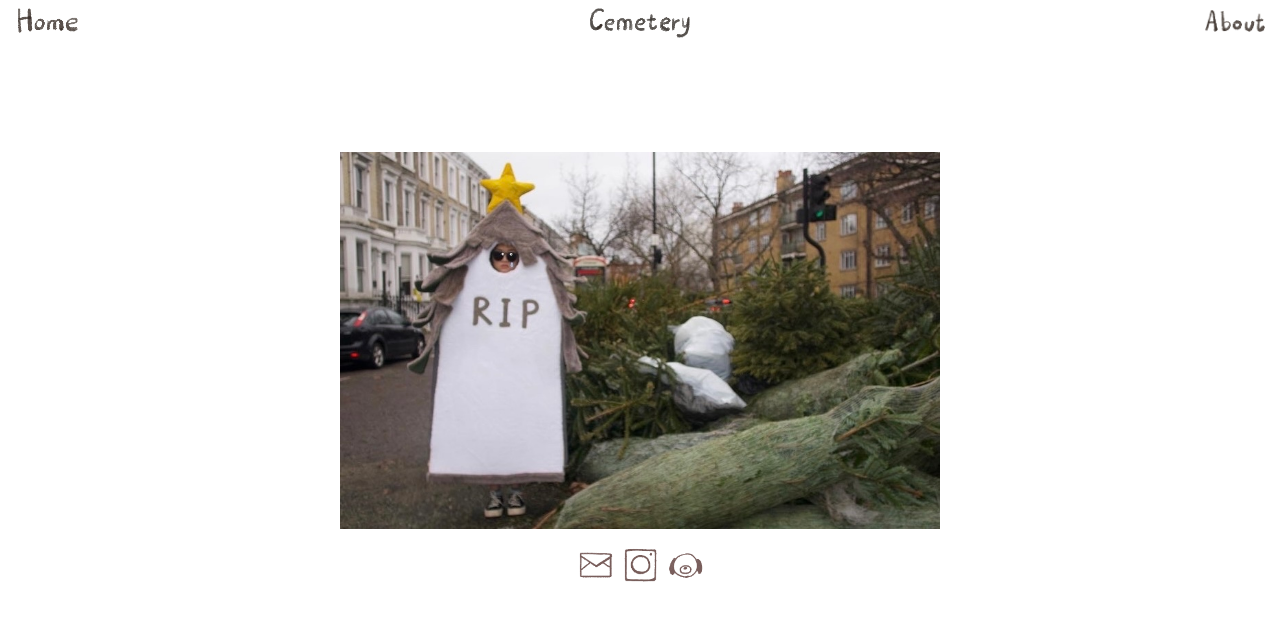
Repository: FuugaMo/ByeByeChristmasTree.github.io
Page: about.html
An editor plug-in stored every save of this project. The page is shown before and after the next save, followed by the edit.
The browser window is 1280 px wide. The pictures show the whole page.

Above is the page before, as saved 2023-08-02 09:34:50.

### about.html
<!DOCTYPE html>
<html lang="en">

<head>
    <meta charset="utf-8" />
    <link
        href="about.css"
        rel="stylesheet"
    />

</head>

<body>
    <!-- 顶部导航栏 -->
    <nav>
        <div
            class="home"
            style="width:60px; height:50px"
        >
            <img
                src="./Image/Home.png"
                width="60px"
            >
            <input
                type="button"
                onclick='location.href=("index.html")'
            />

        </div>

        <div
            class="cemetery"
            style="width: 100px;"
        >
            <img
                src="./Image/cemetery.png"
                class="cemetery"
                width="100px"
            >
            <input
                type="button"
                onclick='location.href=("cemetery.html")'
            />
        </div>

        <div
            class="about"
            style="width: 60px;"
        >
            <img
                src="./Image/about.png"
                width="60px"
            >
            <input
                type="button"
                onclick='location.href=("about.html")'
            />
        </div>

    </nav>

    <div id="content">
        <img src="./Image/About1.jpeg">
    </div>

    <div class="link">
        <a href="mailto:bagegoo@126.com">
            <img
                src="./Image/Mail.jpg"
                alt="Mail Icon"
            >
        </a>

        </a>
        <a href="https://www.instagram.com/bagegoo/">
            <img
                src="./Image/Ins.jpg"
                alt="Instagram Icon"
            >
        </a>
        <a href="https://bagegoo.com">
            <img
                src="./Image/Dog.jpg"
                alt="Website Icon"
            >
        </a>
    </div>

</body>

### about.css
/* 新增样式 */
#content {
    /* 居中 */
    margin: 0 auto;
    width: 600px;
}

#content img {
    width: 600px;
}

#content .text {
    flex: 1;
    padding-left: 20px;
}


/* 导航栏 */
.home {
    position: relative;
    display: -webkit-box;
    -webkit-box-pack: start;
    -webkit-box-align: start;
    -webkit-box-orient: start;
    text-align: center;
    margin-left: 10px;
    /* opacity: 0; */
}

.home input {
    cursor: url("光标.png"), auto;
    position: absolute;
    width: 60px;
    height: 25px;
    border: 0px;
    left: 0px;
    top: 0px;
    /* opacity: 0.5; */
    /* background-color: black; */
    background-color: transparent;
}

.cemetery {
    position: relative;
    margin: 0 auto;
    top: -25px;
}

.cemetery input {
    cursor: url("光标.png"), auto;
    position: relative;
    width: 100px;
    height: 60px;
    border: 0;
    top: -85px;
    /* opacity: 0.5; */
    /* background-color: black; */
    background-color: transparent;
}

.about {
    position: absolute;
    right: 15px;
    top: 10px;
}

p1,
p2,
p3 {
    font-family: "Gill Sans", sans-serif;
    font-size: large;
    color: gray;
}

.about input {
    cursor: url("光标.png"), auto;
    position: absolute;
    width: 60px;
    height: 25px;
    border: 0px;
    right: 1px;
    /* opacity: 0.5; */
    /* background-color: black; */
    background-color: transparent;

}

/* 导航栏结束 */

html {
    cursor: url("光标.png"), auto;
}

.link {
    margin-top: 10px;
    display: flex;
    justify-content: center;
    align-items: center;

}

.link a {
    margin: 5px;
    /* 可根据需要调整间距 */
}

.link img {
    width: 35px;
    height: 35px;
}

After the next save:
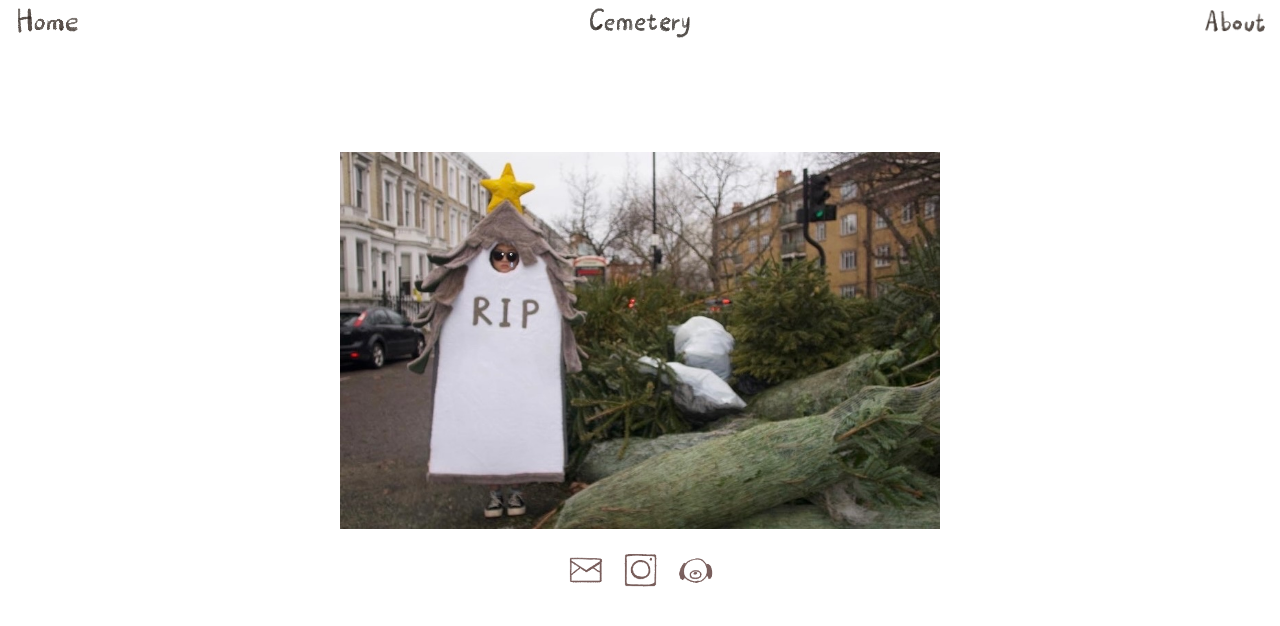
Saved 8 s later.
--- a/about.css
+++ b/about.css
@@ -100,7 +100,7 @@ html {
 }
 
 .link a {
-    margin: 5px;
+    margin: 10px;
     /* 可根据需要调整间距 */
 }
 
